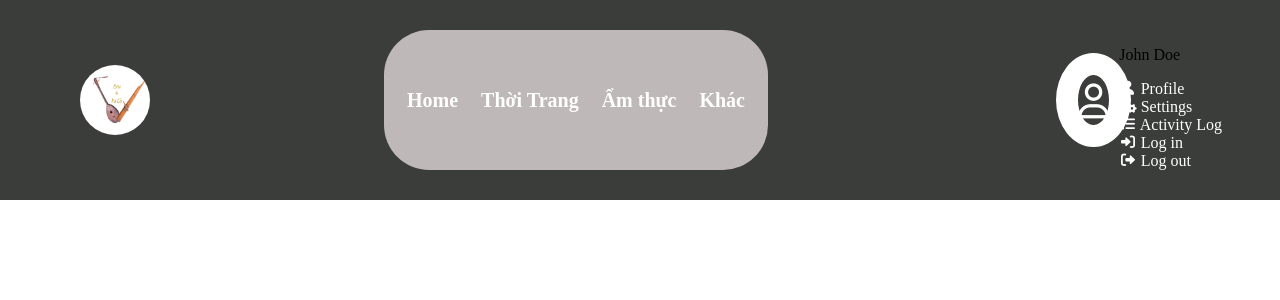
Repository: DangVai/LocalProduct
Page: Views/frontend/header.html
These files come from the project's save history. The page is drawn as it stood at one moment and after the next save; the edit follows.
The browser window is 1280 px wide. The pictures show the whole page.

Above is the page before, as saved 2024-12-18 14:37:26.

### Views/frontend/header.html
<!DOCTYPE html>
<html lang="en">

<head>
    <meta charset="UTF-8">
    <meta name="viewport" content="width=device-width, initial-scale=1.0">
    <title>Header Example</title>
    <!-- Thêm link đến Font Awesome cho các biểu tượng (nếu chưa có) -->
    <link rel="stylesheet" href="https://cdnjs.cloudflare.com/ajax/libs/font-awesome/6.0.0-beta3/css/all.min.css">
    <link src="/public/css/header.css">
    <style>
        .header {
            top: 0;
            left: 0;
            display: flex;
            width: 100%;
            height: 200px;
            align-items: center;
            position: fixed;
            z-index: 4;
            background-color: rgb(59, 61, 59);
        }

        .box_logo {
            width: 30%;
            display: flex;
            align-items: center;
        }

        .box_logo img {
            height: 70px;
            width: 70px;
            position: relative;
            left: 80px;
            border-radius: 50px;
        }

        .nav {
            width: 30%;
            height: 70%;
            display: flex;
            margin-right: 300px;
            justify-content: center;
            align-items: center;
            justify-content: space-evenly;
            border-radius: 45px;
            font-size: 20px;
            color: white;
            background-color: rgba(255, 246, 246, 0.667);
        }

        .nav p {
            cursor: pointer;
        }

        .nav p:hover {
            font-size: 30px;
        }

        .account {
            width: 4%;
            display: flex;
            align-items: center;
            justify-content: center;
        }

        .box-account {
            border: 22px solid white;
            width: 50px;
            height: 50px;
            display: flex;
            align-items: center;
            justify-content: center;
            border-radius: 50%;
        }

        .box-account i {
            font-size: 35px;
            color: white;
            cursor: pointer;
        }

        a {
            text-decoration: none;
            color: #fff;
        }
    </style>
</head>

<body>

    <div class="header">
        <!-- Logo -->
        <div class="box_logo">
            <img src="/public/images/logo.jpg" alt="logo">
        </div>

        <!-- Navigation Menu -->
        <div class="nav">
            <p><b>Home</b></p>
            <p><b>Thời Trang</b></p>
            <p><b>Ẩm thực</b></p>
            <p><b>Khác</b></p>
        </div>

        <!-- User Account -->
        <div class="account">
            <div class="box-account">
                <i class="fa-regular fa-user"></i>
            </div>
        </div>

        <!-- User Name and Dropdown Menu -->
        <div class="name-user">
            <p>
                <p>John Doe</p>
            </p>
            <div class="dropdown-menu" id="account-menu">
                <div>
                    <a href="../public/profile.php"><i class="fas fa-user fa-sm fa-fw mr-2 text-gray-400"></i> Profile</a>
                </div>
                <div>
                    <a href=""><i class="fas fa-cogs fa-sm fa-fw mr-2 text-gray-400"></i> Settings</a>
                </div>
                <div>
                    <a href=""><i class="fas fa-list fa-sm fa-fw mr-2 text-gray-400"></i> Activity Log</a>
                </div>
                <div>
                    <a href="public/login.php"><i class="fas fa-sign-in-alt fa-sm fa-fw mr-2 text-gray-400"></i> Log in</a>
                </div>
                <div>
                    <a href="controllers/logout.php"><i class="fas fa-sign-out-alt fa-sm fa-fw mr-2 text-gray-400"></i> Log out</a>
                </div>
            </div>
        </div>
    </div>

</body>

</html>
<!-- <div class="header">
    <div class="box_logo">
        <img src="/public/images/logo.jpg" alt="logo">
    </div>
    <div class="nav">
        <p><b>Home</b></p>
        <p><b>Thời Trang</b></p>
        <p><b>Ẩm thực</b></p>
         <p><b>Khác</b></p>
    </div>

    <div class="account">
        <div class="box-account">
            <i class="fa-regular fa-user"></i>
        </div>
    </div>
    <div class="name-user">
        <p>

        </p>
        <div class="dropdown-menu" id="account-menu">
            <div>
                <a href="../public/profile.php"><i class="fas fa-user fa-sm fa-fw mr-2 text-gray-400"></i> Profile</a>
            </div>
            <div>
                <a href=""><i class="fas fa-cogs fa-sm fa-fw mr-2 text-gray-400"></i> Settings</a>
            </div>
            <div>
                <a href=""><i class="fas fa-list fa-sm fa-fw mr-2 text-gray-400"></i> Activity Log</a>
            </div>
            <div>
                <a href="public/login.php"><i class="fas fa-sign-in-alt fa-sm fa-fw mr-2 text-gray-400"></i> Log in</a>
            </div>
            <div>
                <a href="controllers/logout.php"><i class="fas fa-sign-out-alt fa-sm fa-fw mr-2 text-gray-400"></i> Log out</a>
            </div>
        </div>
    </div>
</div> -->

After the next save:
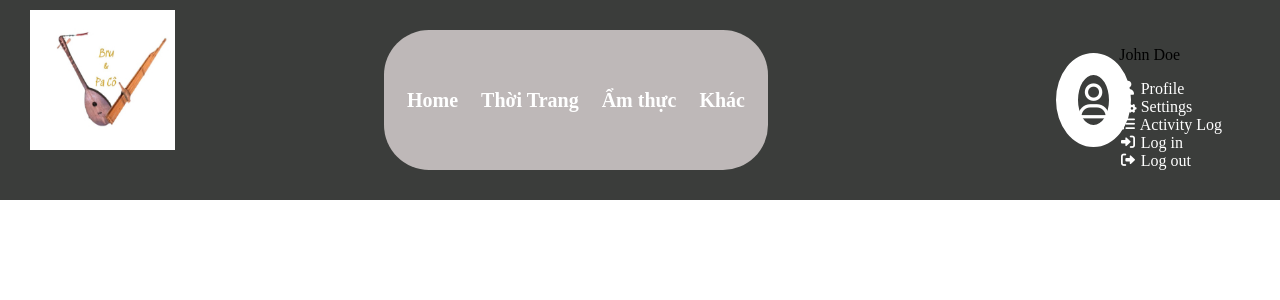
Saved 78 s later.
--- a/Views/frontend/header.html
+++ b/Views/frontend/header.html
@@ -28,11 +28,12 @@
         }
 
         .box_logo img {
-            height: 70px;
-            width: 70px;
-            position: relative;
-            left: 80px;
-            border-radius: 50px;
+            position: absolute;
+            top: 10px;
+            left: 30px;
+            width: 145px;
+            height: 140px;
+            z-index: 10;
         }
 
         .nav {
